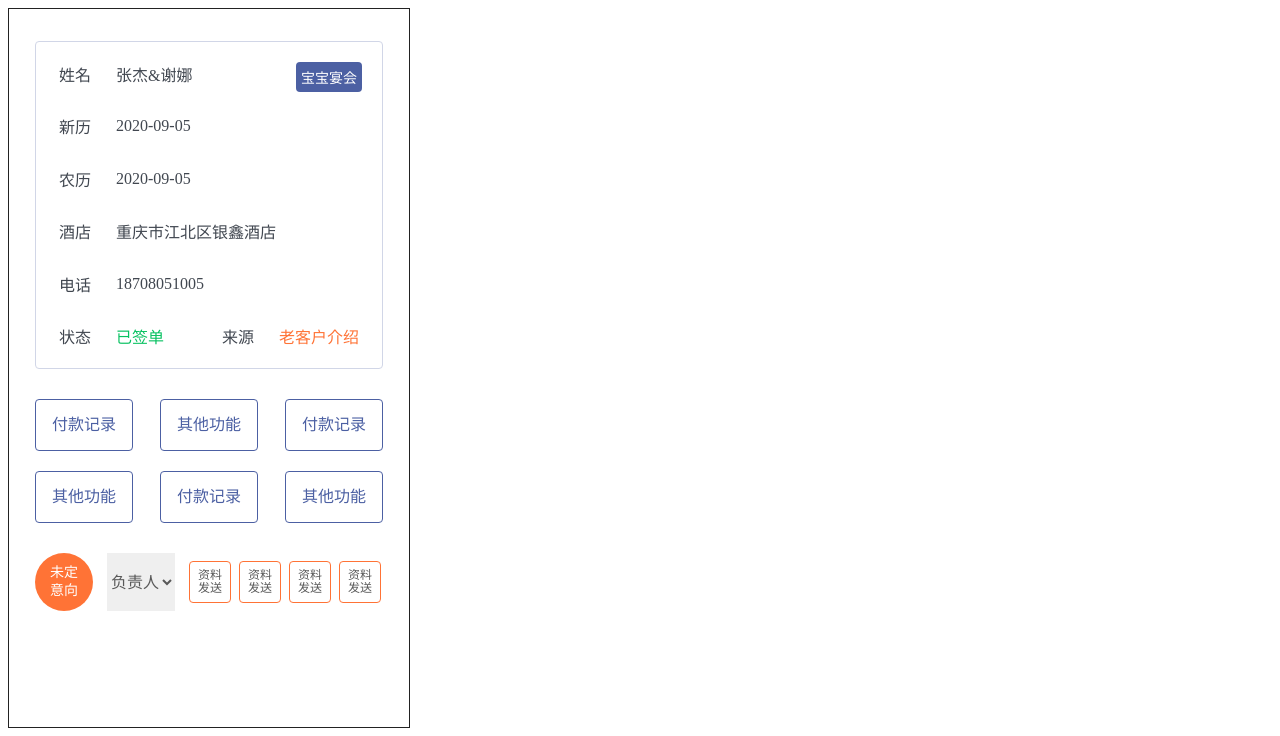
Repository: Lairuola/wedding-1
Page: index.html
These files come from the project's save history. The page is drawn as it stood at one moment and after the next save; the edit follows.
The browser window is 1280 px wide. The pictures show the whole page.

Above is the page before, as saved 2020-12-17 14:30:30.

### index.html
<!--
 * @Author       : 濑若拉
 * @Date         : 2020-12-17 10:22:14
 * @LastEditors  : 濑若拉
 * @LastEditTime : 2020-12-17 14:30:30
 * @FilePath     : /slidebar/index.html
-->


<!DOCTYPE html>
<html lang="en">

<head>
  <meta charset="UTF-8">
  <meta name="viewport" content="width=device-width, initial-scale=1.0">
  <title>Document</title>
  <style>
    .slide-left {
      width: 402px;
      height: 100vh;
      box-sizing: border-box;
      padding: 32px 26px;
      overflow-y: auto;
      display: flex;
      flex-direction: column;
      align-items: center;
      border: 1px solid #222;
    }

    .info {
      width: 100%;
      height: 328px;
      display: flex;
      flex-direction: column;
      justify-content: space-between;
      padding: 20px 23px;
      position: relative;
      box-sizing: border-box;
      border-radius: 4px;
      border: solid 1px #d1d6e7;
    }

    .info .row {
      width: 100%;
      display: flex;
      font-size: 16px;
      color: #414750;
      flex-direction: row;
      align-items: center;
    }

    .info .row .label,
    .info .end-row .item .label {
      margin-right: 25px;
    }

    .info .end-row {
      width: 100%;
      display: flex;
      flex-direction: row;
      align-items: center;
      justify-content: space-between;
      font-size: 16px;
      color: #414750;
    }

    .info .end-row .item {
      display: flex;
      flex-direction: row;
      align-items: center;
      font-size: 16px;
      color: #414750;
    }

    .info .info-tag {
      padding: 5px;
      background-color: #4c60a3;
      border-radius: 4px;
      font-size: 14px;
      color: #fff;
      position: absolute;
      top: 20px;
      right: 20px;
    }

    .btn-area {
      width: 100%;
      display: flex;
      flex-direction: row;
      align-items: center;
      justify-content: space-between;
      flex-wrap: wrap;
      margin-top: 10px;
      margin-bottom: 30px;
    }

    .btn-area .btn {
      width: 96px;
      height: 50px;
      background-color: #ffffff;
      border-radius: 4px;
      border: solid 1px #4c60a3;
      font-size: 16px;
      color: #4c60a3;
      text-align: center;
      line-height: 50px;
      margin-top: 20px;
    }

    .bot-area {
      width: 100%;
      display: flex;
      flex-direction: column;
    }

    .bot-area .item {
      width: 100%;
      display: flex;
      flex-direction: row;
    }

    .bot-area .item .circle {
      width: 58px;
      height: 58px;
      color: #fff;
      border-radius: 100%;
      display: flex;
      align-items: center;
      justify-content: center;
    }

    .bot-area .item .circle .text {
      width: 28px;
      height: 36px;
      font-size: 14px;
      line-height: 18px;
    }

    .bot-area .item .bot-select {
      border: none;
      outline: none;
      margin: 0 14px;
      color: #595959;
      font-size: 16px;
      width: 68px;
      height: 58px;
    }

    .bot-area .item .btn-row {
      flex: 1;
      display: flex;
      flex-direction: row;
      flex-wrap: wrap;
      margin-right: -8px;
    }

    .bot-area .item .btn-row .btn {
      width: 40px;
      height: 40px;
      border-radius: 4px;
      margin-right: 8px;
      border: 1px solid;
      display: flex;
      align-items: center;
      justify-content: center;
      margin-top: 8px;
      color: #595959;
    }

    .bot-area .item .btn-row .btn .word {
      width: 24px;
      height: 26px;
      font-size: 12px;
      line-height: 13px;
      letter-spacing: 0px;
    }

    .bot-area .item .btn-row .btn.orange {
      border-color: #ff7336;
    }

    .bot-area .item .btn-row .btn.orange:hover {
      background-color: #ff7336;
      color: #fff;
    }

    .color-green {
      color: #07c160
    }

    .color-orange {
      color: #ff7336;
    }

    .bg-color-red {
      background-color: #ff7336;
    }
  </style>
</head>

<body>
  <div class="slide-left">
    <!-- 资料 -->
    <div class="info">
      <div class="row">
        <div class="label">姓名</div>
        <div class="content">张杰&谢娜</div>
      </div>
      <div class="row">
        <div class="label">新历</div>
        <div class="content">2020-09-05</div>
      </div>
      <div class="row">
        <div class="label">农历</div>
        <div class="content">2020-09-05</div>
      </div>
      <div class="row">
        <div class="label">酒店</div>
        <div class="content">重庆市江北区银鑫酒店</div>
      </div>
      <div class="row">
        <div class="label">电话</div>
        <div class="content">18708051005</div>
      </div>
      <div class="end-row">
        <div class="item">
          <div class="label">状态</div>
          <div class="content color-green">已签单</div>
        </div>
        <div class="item">
          <div class="label">来源</div>
          <div class="content color-orange">老客户介绍</div>
        </div>
      </div>
      <!-- tag -->
      <div class="info-tag">宝宝宴会</div>
    </div>
    <!-- btn-area -->
    <div class="btn-area">
      <div class="btn">付款记录</div>
      <div class="btn">其他功能</div>
      <div class="btn">付款记录</div>
      <div class="btn">其他功能</div>
      <div class="btn">付款记录</div>
      <div class="btn">其他功能</div>
    </div>
    <!-- bot-area -->
    <div class="bot-area">
      <div class="item">
        <div class="circle bg-color-red">
          <div class="text">未定意向</div>
        </div>
        <select class='bot-select' name="" id="">
          <option value="">负责人</option>
        </select>
        <div class="btn-row">
          <div class="btn orange">
            <div class="word">资料发送</div>
          </div>
          <div class="btn orange">
            <div class="word">资料发送</div>
          </div>
          <div class="btn orange">
            <div class="word">资料发送</div>
          </div>
          <div class="btn orange">
            <div class="word">资料发送</div>
          </div>
        </div>
      </div>
    </div>
  </div>
</body>

</html>

After the next save:
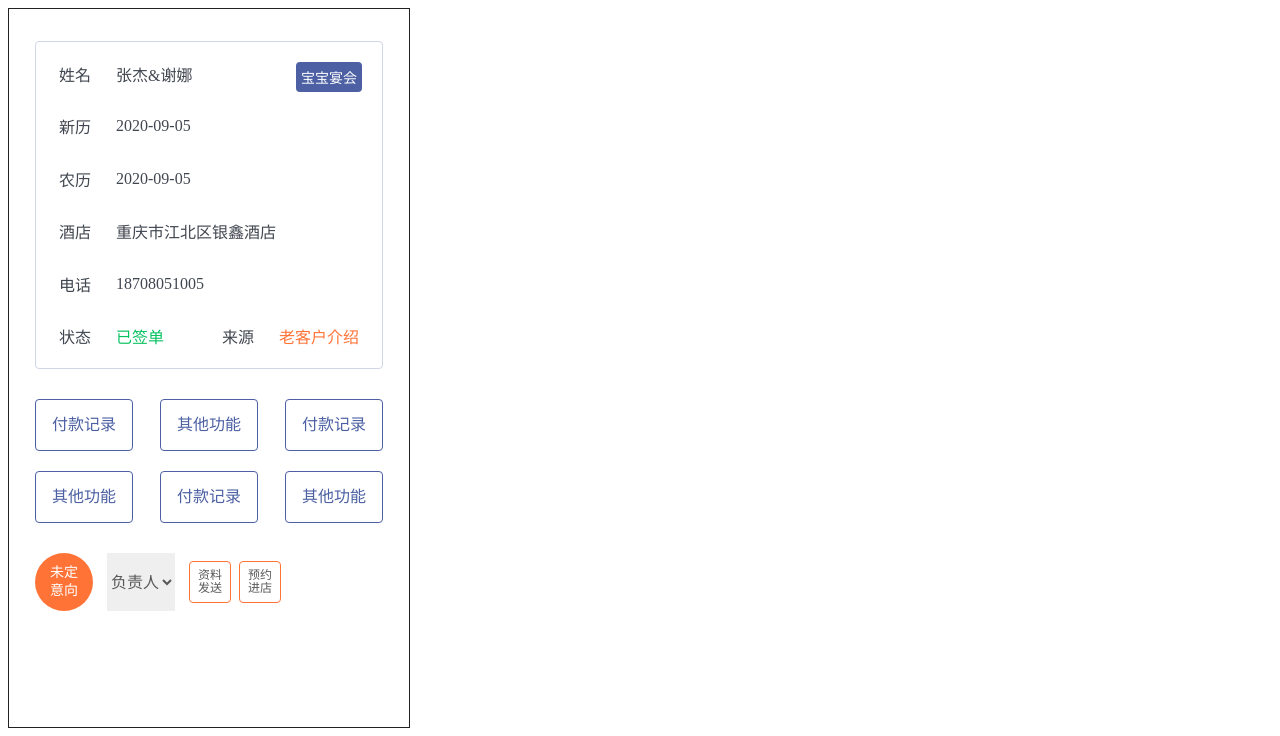
Saved 13 s later.
--- a/index.html
+++ b/index.html
@@ -2,7 +2,7 @@
  * @Author       : 濑若拉
  * @Date         : 2020-12-17 10:22:14
  * @LastEditors  : 濑若拉
- * @LastEditTime : 2020-12-17 14:30:30
+ * @LastEditTime : 2020-12-17 14:30:43
  * @FilePath     : /slidebar/index.html
 -->
 
@@ -258,13 +258,7 @@
             <div class="word">资料发送</div>
           </div>
           <div class="btn orange">
-            <div class="word">资料发送</div>
-          </div>
-          <div class="btn orange">
-            <div class="word">资料发送</div>
-          </div>
-          <div class="btn orange">
-            <div class="word">资料发送</div>
+            <div class="word">预约进店</div>
           </div>
         </div>
       </div>
